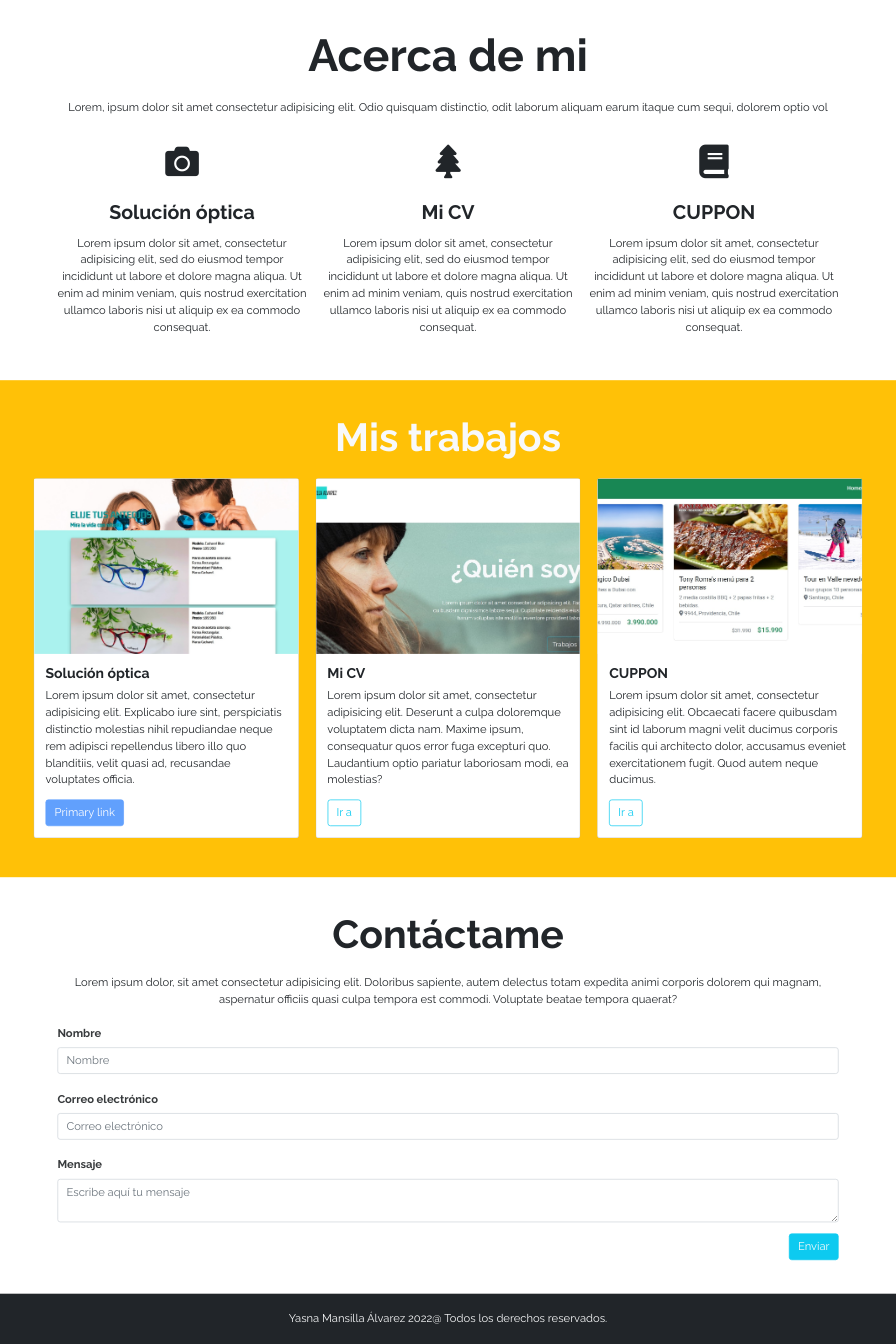
Repository: Yasna2112/Portafolio-final
Page: index.html
These files come from the project's save history. The page is drawn as it stood at one moment and after a run of saves; the edit follows.
The browser window is 1280 px wide. The pictures show the part of the page from y = 703 to 2623 px (the page is 2623 px tall), at 70% of full size.
Some web libraries are served in a nearby version.

Above is the page before, as saved 2022-07-23 07:41:29.

### index.html
<!DOCTYPE html>
<html lang="en">

<head>
    <meta charset="UTF-8">
    <meta http-equiv="X-UA-Compatible" content="IE=edge">
    <meta name="viewport" content="width=device-width, initial-scale=1.0">
    <link rel="preconnect" href="https://fonts.googleapis.com">
    <link rel="preconnect" href="https://fonts.gstatic.com" crossorigin>
    <link href="https://fonts.googleapis.com/css2?family=Raleway:wght@400;700&display=swap" rel="stylesheet">
    <link href="https://cdn.jsdelivr.net/npm/bootstrap@5.1.3/dist/css/bootstrap.min.css" rel="stylesheet"
        integrity="sha384-1BmE4kWBq78iYhFldvKuhfTAU6auU8tT94WrHftjDbrCEXSU1oBoqyl2QvZ6jIW3" crossorigin="anonymous">
    <title>Yasna Mansilla</title>
    <link rel="stylesheet" href="https://cdnjs.cloudflare.com/ajax/libs/font-awesome/5.9.0/css/all.min.css"
        integrity="sha512-q3eWabyZPc1XTCmF+8/LuE1ozpg5xxn7iO89yfSOd5/oKvyqLngoNGsx8jq92Y8eXJ/IRxQbEC+FGSYxtk2oiw=="
        crossorigin="anonymous" referrerpolicy="no-referrer" />
    <link rel="stylesheet" href="assets/css/styles.css">
</head>
<body>
    <nav class="navbar navbar-expand-lg  navbar-dark bg- link-light">
        <div class="container">
            <a class="navbar-brand" href="#">
                <img src="assets/img/Logo Yas.png" class="img-fluid">
            </a>
            <button class="navbar-toggler" type="button" data-bs-toggle="collapse"
                aria-controls="navbarSupportedContent" aria-expanded="false" aria-label="Toggle navigation">
                <span class="navbar-toggler-icon"></span>
            </button>
            <div class="collapse navbar-collapse" id="navbarSupportedContent">
                <ul class="navbar-nav ms-auto mb-2 mb-lg-0 fs-5">
                    <li class="nav-item">
                        <a class="nav-link" href="#">Acerca de mi</a>
                    </li>
                    <li class="nav-item">
                        <a class="nav-link" href="#">Trabajos</a>
                    </li>
                    <li class="nav-item">
                        <a class="nav-link" href="#">Contacto</a>
                    </li>

                </ul>

            </div>
        </div>
    </nav>

    <header id="Hero-Section" class="text-light text-end py-5 mt-5">
        <div class="container">
            <div class="ms-auto col-12 col-md-7 ">
                <h1 class="display-1 fw-bold my-5">
                    ¿Quién soy yo?
                </h1>
                <p class="my-5">
                    Lorem ipsum dolor sit amet consectetur adipisicing elit. Facilis, accusamus iusto quibusdam
                    dignissimos labore sequi. Cupiditate reiciendis eius dolore, illum adipisci harum voluptas iste
                    mollitia inventore provident labore voluptatum nemo.
                </p>
                <div class="mb-5 pb-5">
                    <button class="btn btn-lg btn-outline-info text-light me-4">Trabajos</button>
                    <button class="btn btn-lg btn-info text-light">Contacto</button>
                </div>
            </div>
        </div>
    </header>


    <section id="Acerca-de-mi" class="container text-center my-5">


        <h2 class="display-3 fw-bold my-4">Acerca de mi</h2>

        <p class="my-4">
            Lorem, ipsum dolor sit amet consectetur adipisicing elit. Odio quisquam distinctio, odit laborum aliquam
            earum itaque cum sequi, dolorem optio vol
        </p>


        <div class="row">
            <div class="col-12 col-md-4">
                <i class="fas fa-camera fa-3x my-3"></i>
                <h3 class="my-3 fw-bold">Solución óptica</h3>
                <p class="my-3">
                    Lorem ipsum dolor sit amet, consectetur adipisicing elit, sed do
                    eiusmod tempor incididunt ut labore et dolore magna aliqua. Ut enim
                    ad minim veniam, quis nostrud exercitation ullamco laboris nisi ut
                    aliquip ex ea commodo consequat.
                </p>
            </div>
            <div class="col-12 col-md-4">
                <i class="fas fa-tree fa-3x my-3"></i>
                <h3 class="my-3 fw-bold">Mi CV</h3>
                <p class="my-3">
                    Lorem ipsum dolor sit amet, consectetur adipisicing elit, sed do
                    eiusmod tempor incididunt ut labore et dolore magna aliqua. Ut enim
                    ad minim veniam, quis nostrud exercitation ullamco laboris nisi ut
                    aliquip ex ea commodo consequat.
                </p>
            </div>
            <div class="col-12 col-md-4">
                <i class="fas fa-book fa-3x my-3"></i>
                <h3 class="my-3 fw-bold">CUPPON</h3>
                <p class="my-3">
                    Lorem ipsum dolor sit amet, consectetur adipisicing elit, sed do
                    eiusmod tempor incididunt ut labore et dolore magna aliqua. Ut enim
                    ad minim veniam, quis nostrud exercitation ullamco laboris nisi ut
                    aliquip ex ea commodo consequat.
                </p>
            </div>
        </div>
    </section>


    <section id="Mis-trabajos" class="my-5 p-5 bg-warning">

        <h2 class="display-4 fw-bold text-center text-light mb-3">Mis trabajos</h2>

        <div class="row">
            <div class="col-12 col-sm-4 py-2">
                <div class="card">
                    <div class="image-top" style="background-image: url(assets/img/card-11.jpg)"></div>
                    <div class="card-body">
                        <h5 class="card-title fw-bold">Solución óptica</h5>
                        <p class="card-text">
                            Lorem ipsum dolor sit amet, consectetur adipisicing elit.
                            Explicabo iure sint, perspiciatis distinctio molestias nihil
                            repudiandae neque rem adipisci repellendus libero illo quo
                            blanditiis, velit quasi ad, recusandae voluptates officia.
                        </p>
                        <a href="https://github.com/Yasna2112/Portafolio_Optica" class="btn btn-primary disabled" tabindex="-1" role="button"
                        aria-disabled="true">Primary link</a>

                    </div>
                </div>
            </div>
            <div class="col-12 col-sm-4 py-2">
                <div class="card">
                    <div class="image-top" style="background-image: url(assets/img/card-22.jpg)"></div>
                    <div class="card-body">
                        <h5 class="card-title fw-bold">Mi CV</h5>
                        <p class="card-text">
                            Lorem ipsum dolor sit amet, consectetur adipisicing elit.
                            Deserunt a culpa doloremque voluptatem dicta nam. Maxime ipsum,
                            consequatur quos error fuga excepturi quo. Laudantium optio
                            pariatur laboriosam modi, ea molestias?
                        </p>
                        <button type="button" class="btn btn-outline-info">
                            Ir a
                        </button>
                    </div>
                </div>
            </div>
            <div class="col-12 col-sm-4 py-2">
                <div class="card">
                    <div class="image-top" style="background-image: url(assets/img/card-33.jpg)"></div>
                    <div class="card-body">
                        <h5 class="card-title fw-bold">CUPPON</h5>
                        <p class="card-text">
                            Lorem ipsum dolor sit amet, consectetur adipisicing elit.
                            Obcaecati facere quibusdam sint id laborum magni velit ducimus
                            corporis facilis qui architecto dolor, accusamus eveniet
                            exercitationem fugit. Quod autem neque ducimus.
                        </p>
                        <button type="button" class="btn btn-outline-info">
                            Ir a
                        </button>
                    </div>
                </div>
            </div>
        </div>

    </section>



    <section id="Contacto" class="container my-5">

        <h2 class="display-4 fw-bold text-center my-4">Contáctame</h2>

        <p class="text-center my-4 d-none d-md-block">Lorem ipsum dolor, sit amet consectetur adipisicing elit.
            Doloribus
            sapiente, autem delectus totam expedita
            animi corporis dolorem qui magnam, aspernatur officiis quasi culpa tempora est commodi. Voluptate beatae
            tempora quaerat?</p>

        <form>


            <div class="form-group mb-4">
                <label class="mb-2">Nombre</label>
                <input class="form-control" placeholder="Nombre">
            </div>

            <div class="form-group mb-4">
                <label class="mb-2">Correo electrónico</label>
                <input class="form-control" placeholder="Correo electrónico" />
            </div>


            <div class="form-group">
                <label class="mb-2">Mensaje</label>
                <textarea class="form-control" placeholder="Escribe aquí tu mensaje"></textarea>
            </div>

            <div class="my-3 text-end">
                <button class="btn btn-info text-light">Enviar</button>
            </div>



        </form>

    </section>



    <footer class="bg-dark text-center text-light p-4">
        <p class="mb-0">Yasna Mansilla Álvarez 2022@ Todos los derechos reservados.</p>
    </footer>


    <script src="https://cdn.jsdelivr.net/npm/bootstrap@5.1.3/dist/js/bootstrap.bundle.min.js"
        integrity="sha384-ka7Sk0Gln4gmtz2MlQnikT1wXgYsOg+OMhuP+IlRH9sENBO0LRn5q+8nbTov4+1p"
        crossorigin="anonymous"></script>
</body>

</html>

### assets/css/styles.css
body {
    font-family: "Raleway", sans-serif;
  }

  /* Hero Section */

  #Hero-Section {
    background-image: url("../img/bg-hero2.jpg");
    background-repeat: no-repeat;
    background-size: cover;
    background-position: left;
  }

  /* Mis trabajos */

  #Mis-trabajos .image-top {
    height: 250px;
    background-repeat: no-repeat;
    background-size: cover;
    background-position: center;
  }

  /* Contacto */

  #Contacto form label {
    font-weight: 700;
    color: #373a3c;
  }

  @media (max-width: 768px) {
    #Contacto form label {
      font-weight: 400;
    }

    .navbar-brand{
      width: 100px;
    }

  }

After the next 2 saves:
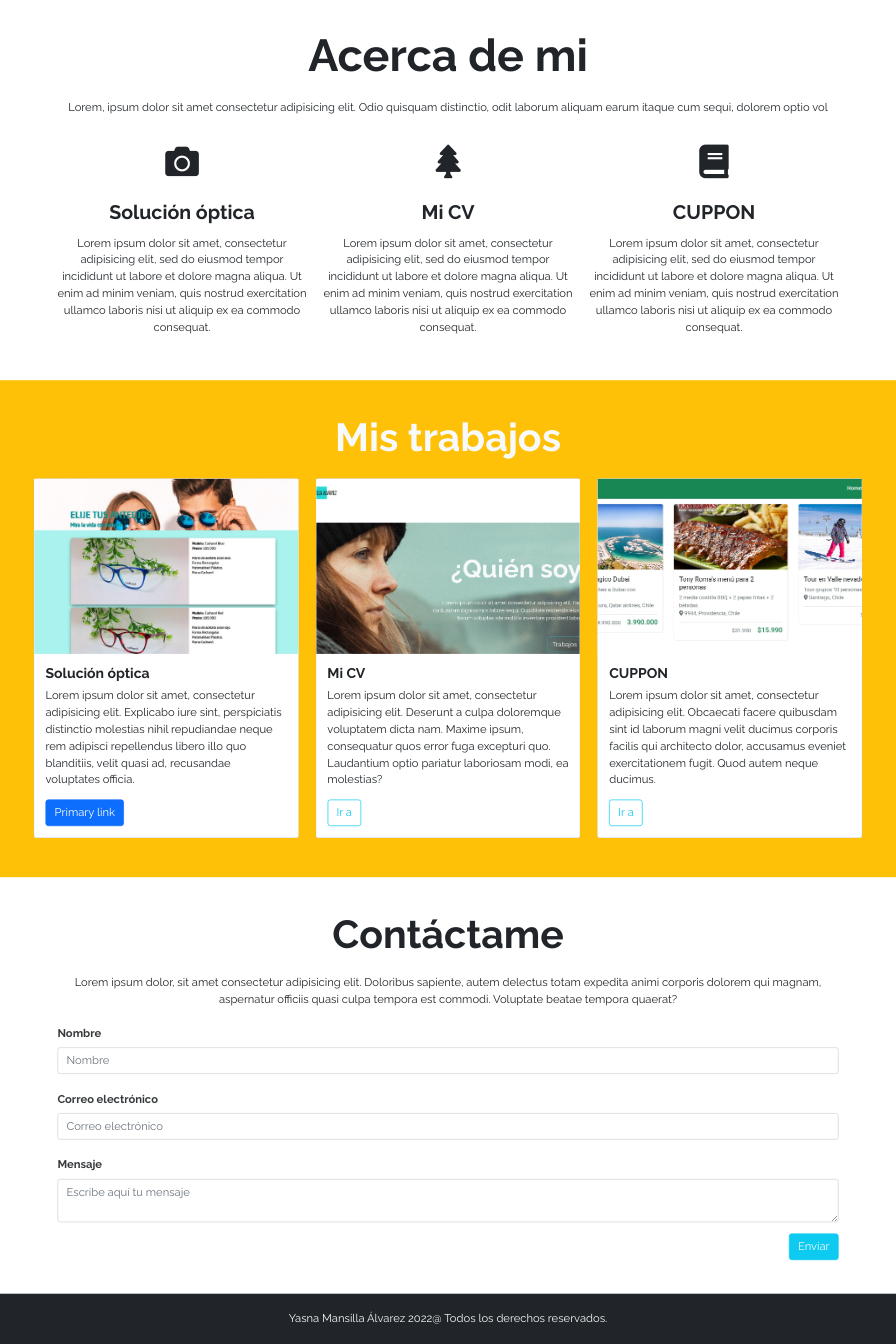
The 2 saves are shown as one change because they came seconds apart.
The last was saved 44 s later.
--- a/index.html
+++ b/index.html
@@ -126,7 +126,7 @@
                             repudiandae neque rem adipisci repellendus libero illo quo
                             blanditiis, velit quasi ad, recusandae voluptates officia.
                         </p>
-                        <a href="https://github.com/Yasna2112/Portafolio_Optica" class="btn btn-primary disabled" tabindex="-1" role="button"
+                        <a href="https://github.com/Yasna2112/Portafolio_Optica" class="btn btn-primary enabled" tabindex="-1" role="button"
                         aria-disabled="true">Primary link</a>
 
                     </div>
